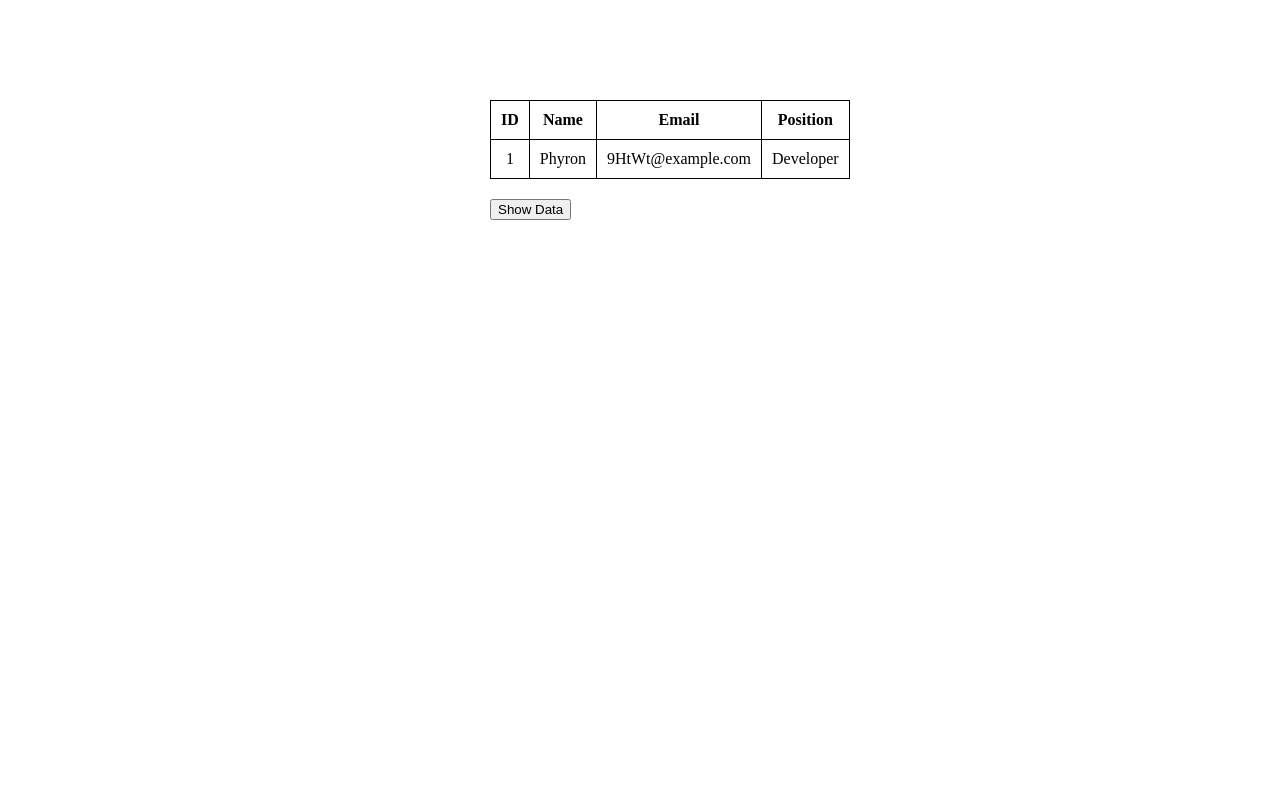
Repository: phyron-coder/NodeJS-1-
Page: index.html
These files come from the project's save history. The page is drawn as it stood at one moment and after the next save; the edit follows.
The browser window is 1280 px wide. The pictures show the whole page.

Above is the page before, as saved 2025-08-16 00:39:51.

### index.html
<!DOCTYPE html>
<html lang="en">

<head>
    <meta charset="UTF-8">
    <meta name="viewport" content="width=device-width, initial-scale=1.0">
    <title>Fetch API</title>
    <style>
        body {
            width: 300px;
            height: 600px;
            margin: 0 auto;
            padding: 100px 0;
        }

        table,
        th,
        td {
            padding: 10px;
            text-align: center;
            border: 1px solid black;
            border-collapse: collapse;
        }

        tr:nth-child(even) {
            background-color: #f2f2f2;
        }

        button {
            margin-top: 20px;
        }
    </style>
</head>

<body>
    <table id="table">
        <thead>
            <tr>
                <th>ID</th>
                <th>Name</th>
                <th>Email</th>
                <th>Position</th>
            </tr>
        </thead>
        <tbody>
            <tr>
                <td>1</td>
                <td>Phyron</td>
                <td>9HtWt@example.com</td>
                <td>Developer</td>
            </tr>
        </tbody>

    </table>
    <button>Show Data</button>
</body>
<script>
    const table = document.getElementById('table');
    const button = document.querySelector('button');
    button.addEventListener('click', () => {
        fetch('https://jsonplaceholder.typicode.com/users')
            .then(response => response.json())
            .then(data => {
                console.log(data);
                data.forEach(user => {
                    const row = document.createElement('tr');
                    row.innerHTML = `
                            <td>${user.id}</td>
                            <td>${user.name}</td>
                            <td>${user.email}</td>
                            <td>${user.position}</td>
                        `;
                    table.appendChild(row);
                })
            })
    })
</script>

</html>

After the next save:
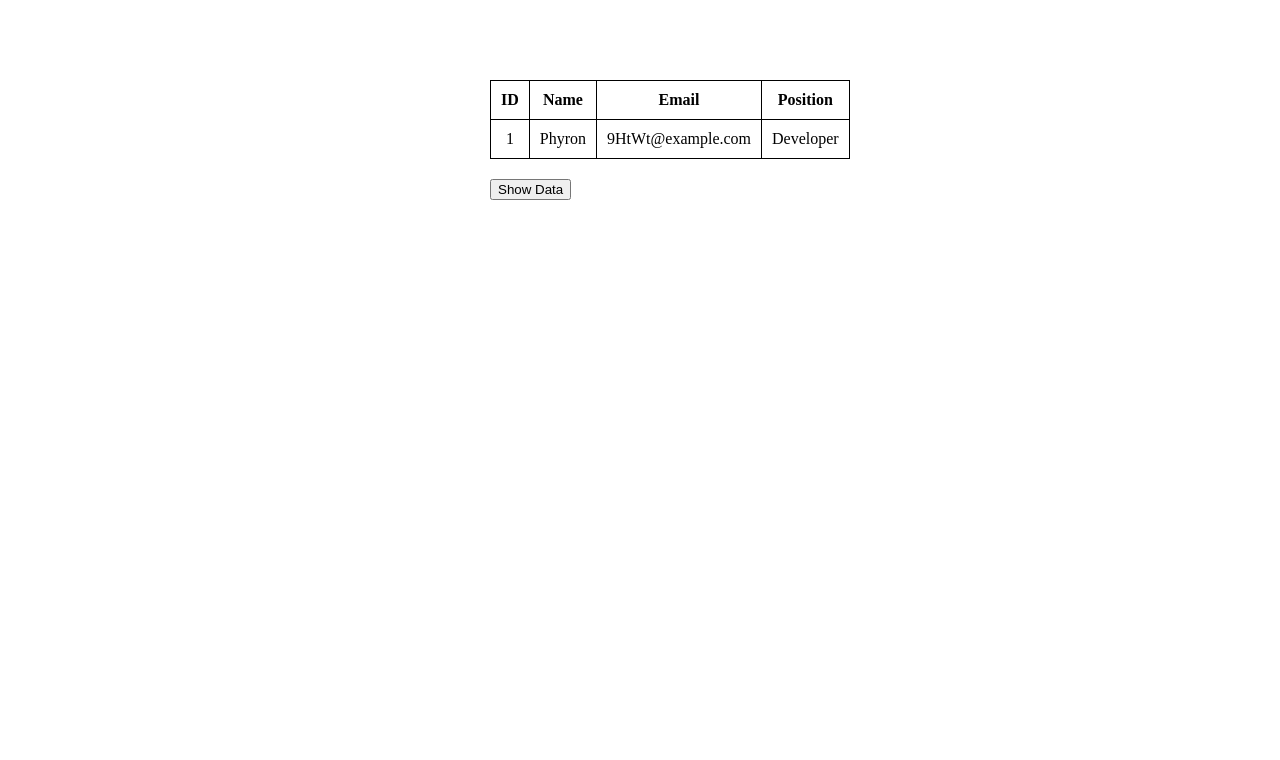
Saved 8 s later.
--- a/index.html
+++ b/index.html
@@ -10,7 +10,7 @@
             width: 300px;
             height: 600px;
             margin: 0 auto;
-            padding: 100px 0;
+            padding: 80px 0;
         }
 
         table,
